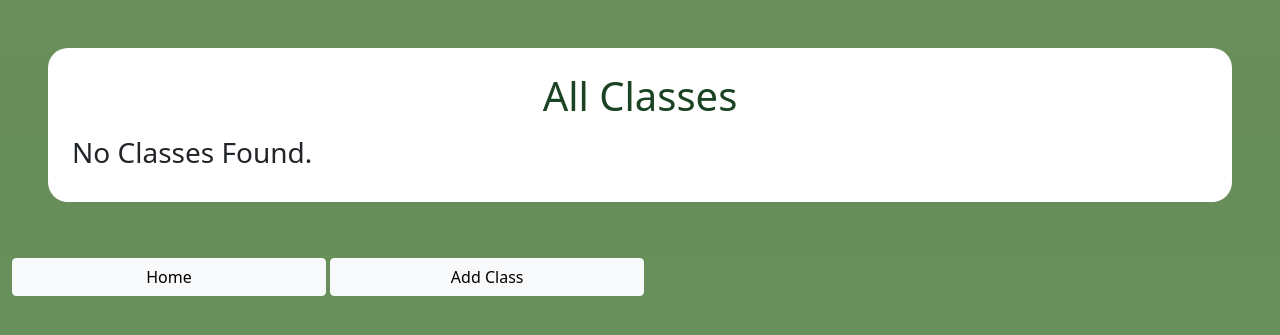
Repository: ronetteguevara/CalTech-ZumbaApp
Page: http://localhost/ZumbaApp/ViewClasses.jsp
The author's editor kept a copy of each file at every save. The page is drawn from the files as they stood at one save, then again after the next save.
The browser window is 1280 px wide. The pictures show the whole page.
The page is served by Tomcat 10. Queries for data that is not in the repository find no rows.

Above is the page before, as saved 2024-05-03 02:18:40.

After the next save:
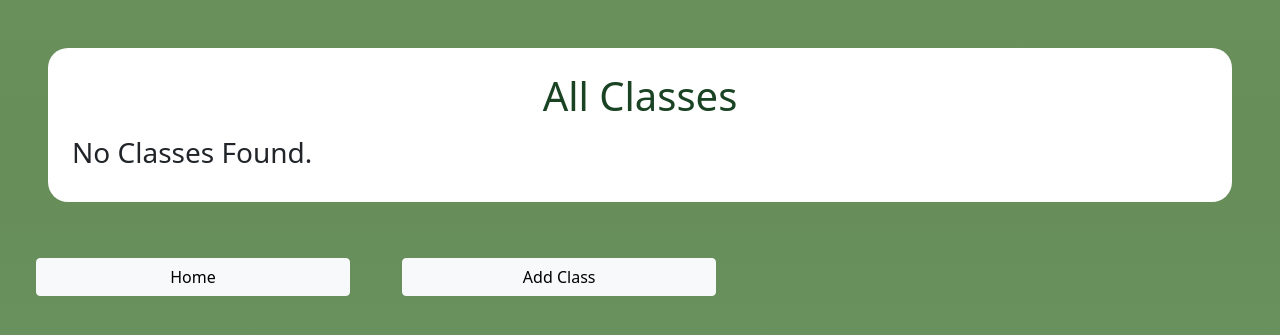
Saved 26 s later.
--- a/ZumbaApp/ZumbaApp/src/main/webapp/ViewClasses.jsp
+++ b/ZumbaApp/ZumbaApp/src/main/webapp/ViewClasses.jsp
@@ -56,8 +56,8 @@
             out.print("</div>");
         %>
         <div class="container-fluid justify-content-center">
-		<a class="w-25 btn btn-primary btn-light mt-2 mb-5" href="Home.jsp">Home</a>
-		<a class="w-25 btn btn-primary btn-light mt-2 mb-5" href="add-class.html">Add Class</a>
+		<a class="w-25 btn btn-primary btn-light mt-2 mb-5 mx-4" href="Home.jsp">Home</a>
+		<a class="w-25 btn btn-primary btn-light mt-2 mb-5 mx-4" href="add-class.html">Add Class</a>
 		</div>
 </body>
 </html>
